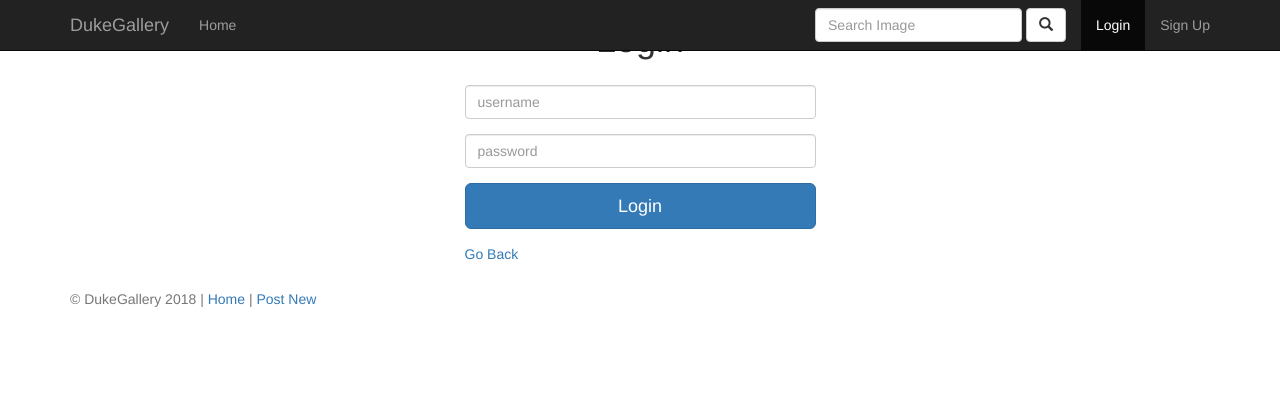
Repository: zhangsi929/Duke_gallery
Page: http://localhost/login
The author's editor kept a record of every edit. The page is drawn from the files as they stood at one moment, then again after the next edit.
The browser window is 1280 px wide. The pictures show the whole page.
Some web libraries are served in a nearby version. The page is served by the project's Node server (app.js). Other server files are loaded and not shown.

Above is the page before.

### views/login.ejs
<% include ./partials/header %>
<div class="row">
    <h1 style="text-align: center">Login</h1>
    <div style="width: 30%; margin: 25px auto;">
        <form action="/login" method="post">
            <div class="form-group">
                <input class="form-control" type="text" name="username" placeholder="username">
            </div>
            <div class="form-group">
                <input class="form-control" type="password" name="password" placeholder="password">
            </div>
            <div class="form-group">
                <button class="btn btn-lg btn-primary btn-block">Login</button>
            </div>
        </form>
        <a href="/gallery">Go Back</a>
    </div>
</div>

<% include ./partials/footer %>

### views/partials/header.ejs
<!DOCTYPE html>
<html>
    <head>
        <!-- Make site responsive on mobile/tablet -->
        <meta name="viewport" content="width=device-width, initial-scale=1">
        <title>Duke Gallery</title>
        <link rel="stylesheet" href="https://maxcdn.bootstrapcdn.com/bootstrap/3.3.7/css/bootstrap.min.css">
        <link rel="stylesheet" href="/stylesheets/main.css">
    </head>
    <body>
        <nav class="navbar navbar-inverse navbar-fixed-top">
        <!--<nav class="navbar navbar-default">-->
            <div class="container">
                <div class="navbar-header">
                    <button type="button" class="navbar-toggle collapsed" data-toggle="collapse" data-target="#navbar" aria-expanded="false" aria-controls="navbar">
                      <span class="sr-only">Toggle navigation</span>
                      <span class="icon-bar"></span>
                      <span class="icon-bar"></span>
                      <span class="icon-bar"></span>
                    </button>

                    <a class="navbar-brand" href="/">DukeGallery</a>
                </div>
                <div id="navbar" class="collapse navbar-collapse">
                  <ul class="nav navbar-nav">
                    <li class="<%= typeof page !== 'undefined' && page === 'gallery' ? 'active' : '' %>"><a href="/gallery">Home</a></li>
                  </ul>
                  <ul class="nav navbar-nav navbar-right">
                          <li>
                            <form class="navbar-form" action = "/gallery" method="GET" >
                            <input type="text" name = "search" class="form-control" placeholder="Search Image">
                            <button type="submit" value = "Search" class="btn btn-default"><i class="glyphicon glyphicon-search"></i></button>
                            </form>
                          </li>
                      <% if(!currentUser){ %>
                          <li class="<%= typeof page !== 'undefined' && page === 'login' ? 'active' : '' %>"><a href="/login">Login</a></li>
                          <li class="<%= typeof page !== 'undefined' && page === 'register' ? 'active' : '' %>"><a href="/register">Sign Up</a></li>
                      <% } else { %>
                          <li><a href="#">Signed In As <%= currentUser.username %></a></li>
                          <li><a href="/logout">Logout</a></li>
                      <% } %>
                  </ul>
                </div>
            </div>
        </nav>

        <div class="container">
            <% if(error && error.length > 0){ %>
                <div class="alert alert-danger" role="alert">
                    <%= error %>
                </div>
            <% } %>
            <% if(success && success.length > 0){ %>
                <div class="alert alert-success" role="alert">
                    <%= success %>
                </div>
            <% } %>
        </div>
        <!--, style="margin: 100px auto;"-->
        <div class="container">

### views/partials/footer.ejs
    </div><!-- /.container -->
    <footer class="footer">
          <div class="container">
            <p class="text-muted">&copy; DukeGallery 2018 | <a href="/gallery">Home</a> | <a href="/gallery/new">Post New</a></p>
          </div>
    </footer>
    <!-- jQuery CDN -->
<script
  src="https://code.jquery.com/jquery-3.1.1.min.js"
  integrity="sha256-hVVnYaiADRTO2PzUGmuLJr8BLUSjGIZsDYGmIJLv2b8="
  crossorigin="anonymous"></script>

<!-- Bootstrap JS CDN -->
<script src="https://maxcdn.bootstrapcdn.com/bootstrap/3.3.7/js/bootstrap.min.js" integrity="sha384-Tc5IQib027qvyjSMfHjOMaLkfuWVxZxUPnCJA7l2mCWNIpG9mGCD8wGNIcPD7Txa" crossorigin="anonymous"></script>
    </body>
</html>

### app.js
//=====main======
var express = require("express");
var app = express();
var bodyParser = require("body-parser");
var mongoose = require("mongoose");
//model import
var Image  = require("./models/image");
var Comment = require("./models/comment");
var passport    = require("passport");
var LocalStrategy = require("passport-local");
var methodOverride = require("method-override");
var User        = require("./models/user");
var seedDB = require("./seeds");
var flash       = require("connect-flash");
//requring routes
var commentRoutes    = require("./routes/comments"),
    galleryRoutes = require("./routes/gallery"),
    indexRoutes      = require("./routes/index")

//mongoose.connect("mongodb://localhost/dukegallery");
mongoose.connect("mongodb://Si:zhangsi110@ds257627.mlab.com:57627/dukegallery");
app.use(bodyParser.urlencoded({extended: true}));
app.set("view engine", "ejs");
app.use(express.static(__dirname + "/public"));
app.use(methodOverride("_method"));
app.use(flash());
//seedDB();
app.locals.moment = require('moment');

// PASSPORT CONFIGURATION
app.use(require("express-session")({
    secret: "Once again Rusty wins cutest dog!",
    resave: false,
    saveUninitialized: false
}));
app.use(passport.initialize());
app.use(passport.session());
passport.use(new LocalStrategy(User.authenticate()));
passport.serializeUser(User.serializeUser());
passport.deserializeUser(User.deserializeUser());

app.use(function(req, res, next){
   res.locals.currentUser = req.user;
   res.locals.error = req.flash("error");
   res.locals.success = req.flash("success");
   next();
});

// ROUTES
app.use("/", indexRoutes);
app.use("/gallery", galleryRoutes);
app.use("/gallery/:id/comments", commentRoutes);

app.listen(process.env.PORT, process.env.IP, function(){
   console.log("The DukeGallery Server Has Started!");
});

### routes/index.js
var express = require("express");
var router  = express.Router({mergeParams: true});

router.get("/", function(req, res){
    res.render("landing");
});
var passport = require("passport");
var User = require("../models/user");
//  ===========
// AUTH ROUTES
//  ===========

// show register form
router.get("/register", function(req, res){
   //res.render("register");
   res.render("register", {page: 'register'});
});
//handle sign up logic
router.post("/register", function(req, res){
    var newUser = new User({username: req.body.username});
    User.register(newUser, req.body.password, function(err, user){
        // if(err){
        //     req.flash("error", err.message);
        //     return res.render("register");
        // }
        if(err){
            console.log(err);
            return res.render("register", {error: err.message});
        }
        passport.authenticate("local")(req, res, function(){
            req.flash("success", "Welcome to DukeGallery " + user.username);
          res.redirect("/gallery");
        });
    });
});
// show login form
router.get("/login", function(req, res){
   //res.render("login");
   res.render("login", {page: 'login'});
});
// handling login logic
router.post("/login", passport.authenticate("local",
    {
        successRedirect: "/gallery",
        failureRedirect: "/login"
    }), function(req, res){
});
// logout route
router.get("/logout", function(req, res){
   req.logout();
   req.flash("success", "Logged you out!");
   res.redirect("/gallery");
});


module.exports = router;

### public/stylesheets/main.css
.thumbnail img {
    width: 100%;
}


.thumbnail {
    padding: 0;
}

.thumbnail .caption-full {
    padding: 9px;
}
.body {
    padding-top: 65px;
}
#delete-form {
    display: inline;
}
/* Google Maps */
#map {
    height: 400px;
    width: 100%;
}
.jumbotron{
  position: relative;
    overflow: hidden;
    /*height: 200px;*/
 /*background-image: url("http://nasher.duke.edu/wp-content/themes/nasher/images/background.jpg");*/
 background-image: url("/image/haha.jpg");
 background-size: cover;
 color: #000000;
  /* Tried setting the height. Didnt work either */
  /* height: 200px; */
}
.jumbotron1{
  position: relative;
    overflow: hidden;
    height: 300px;

  /* Tried setting the height. Didnt work either */
  /* height: 200px; */
}
.container1 {
  position: relative;
  color: #000000;
  z-index: 2;
}
#video-background{
  position: absolute;
  height: auto;
  width: auto;
  min-height: 100%;
  min-width: 100%;
  left: 50%;
  top: 50%;
  -webkit-transform: translate3d(-50%, -50%, 0);
  transform: translate3d(-50%, -50%, 0);
  z-index: 1;
}


#footer{
    display: table;
    text-align: center;
    margin-left: auto;
    margin-right: auto;
}

After the next edit:
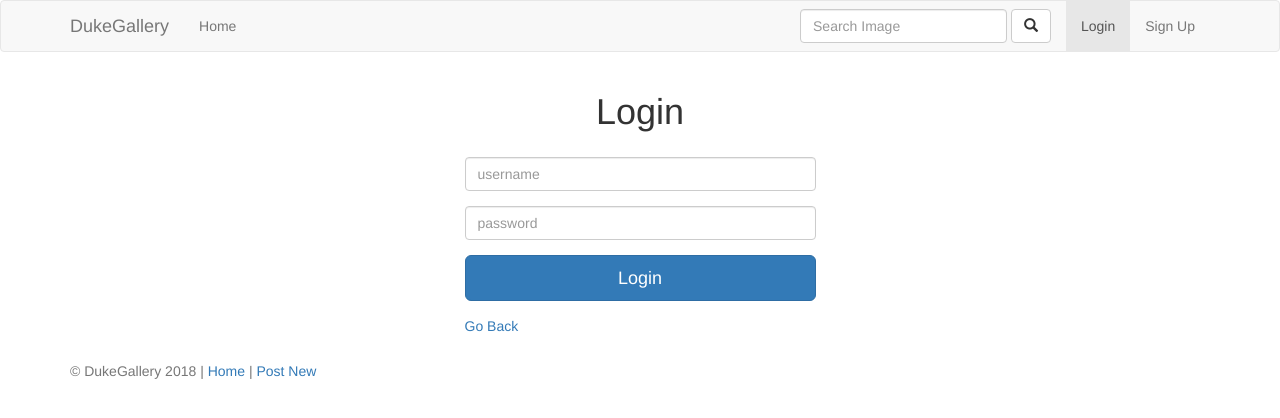
The edit:
--- a/views/partials/header.ejs
+++ b/views/partials/header.ejs
@@ -8,8 +8,8 @@
         <link rel="stylesheet" href="/stylesheets/main.css">
     </head>
     <body>
-        <nav class="navbar navbar-inverse navbar-fixed-top">
-        <!--<nav class="navbar navbar-default">-->
+        <!--<nav class="navbar navbar-inverse navbar-fixed-top">-->
+        <nav class="navbar navbar-default">
             <div class="container">
                 <div class="navbar-header">
                     <button type="button" class="navbar-toggle collapsed" data-toggle="collapse" data-target="#navbar" aria-expanded="false" aria-controls="navbar">
